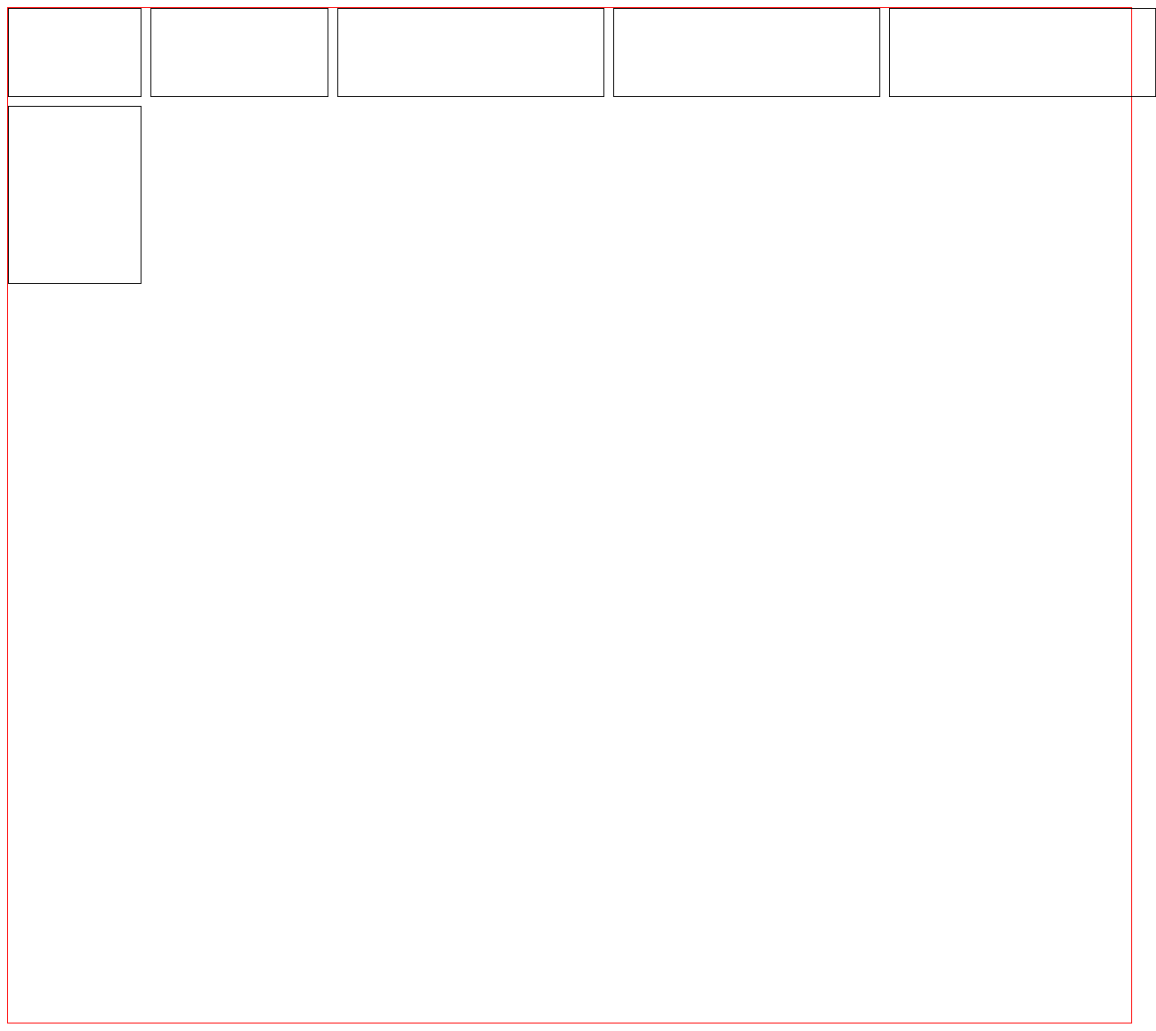
Repository: Hassanshaid/AptechPakwheels
Page: grid.html
The author's editor kept a copy of each file at every save. The page is drawn from the files as they stood at one save, then again after the next save.
The browser window is 1280 px wide. The page is 1299 px wide, then 1280 px, so the pictures cover 1299 px, including what lies to the right of the window. The pictures show the whole page, at 89% of full size.

Above is the page before, as saved 2024-05-18 21:34:23.

After the next save:
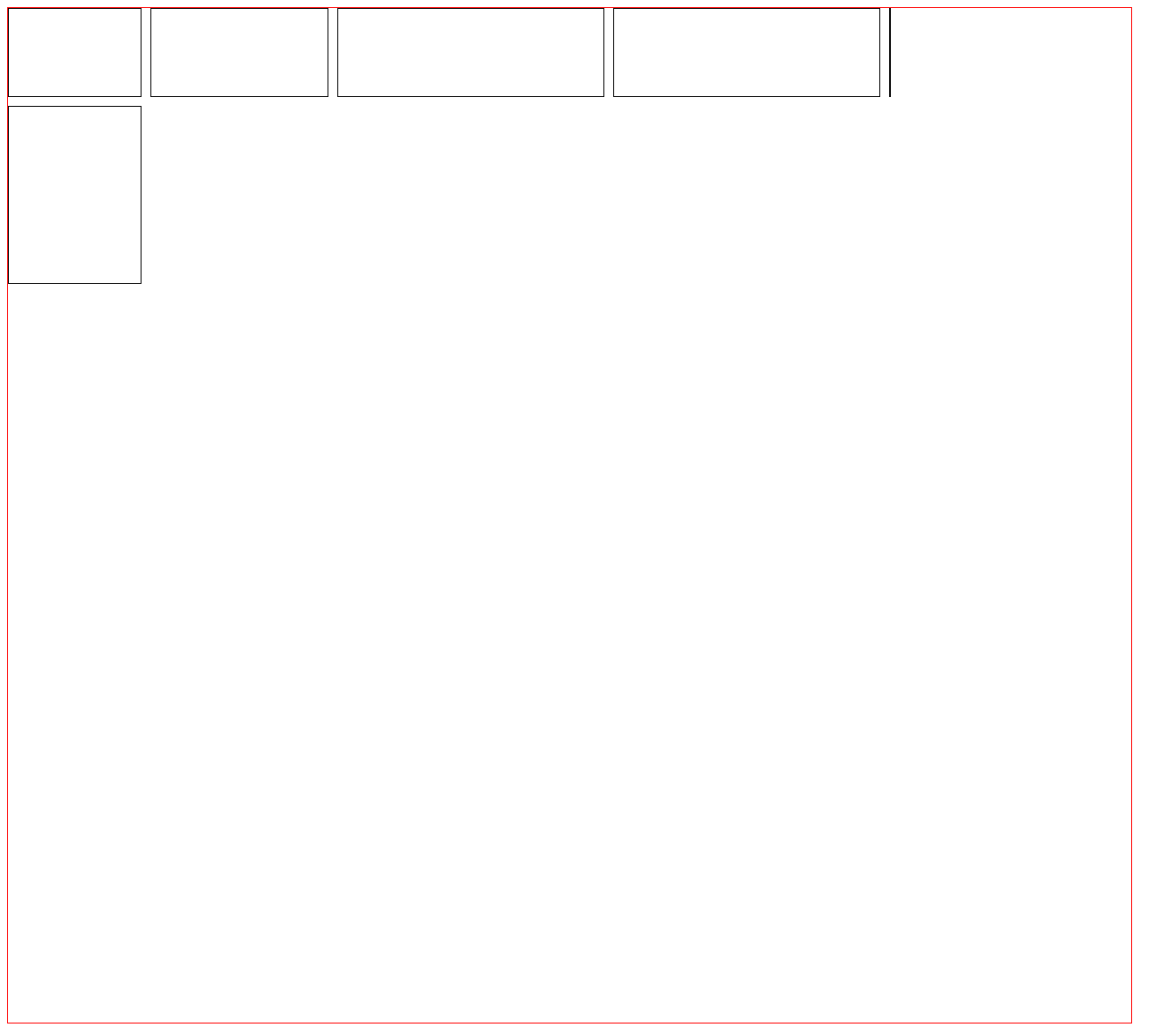
Saved 34 s later.
--- a/grid.css
+++ b/grid.css
@@ -1,7 +1,7 @@
 .row{
     display: grid;
     border: 1px solid red;
-    grid-template-columns: 150px 200px 300px 300px 300px ;
+    grid-template-columns: 150px 200px 300px 300px 1px ;
     grid-template-rows: 100px 200px 300px 400px 100px ;
     grid-gap: 10px;
 }
